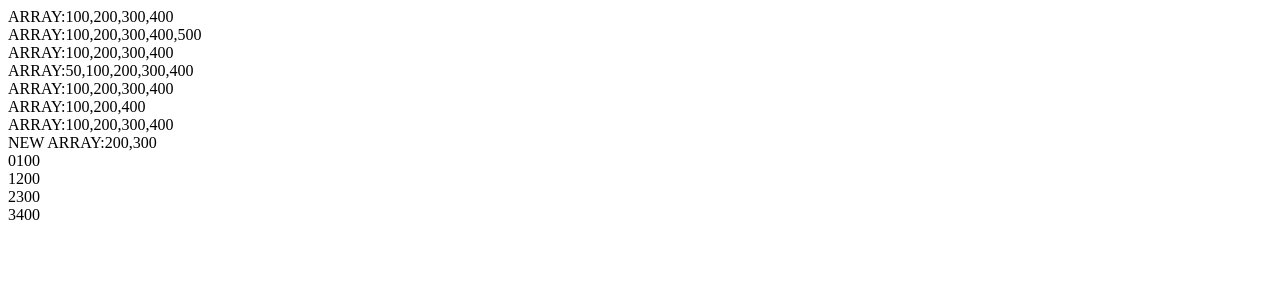
Repository: arindamslt/JEECoding
Page: JEE_FRONTEND/src/main/webapp/03JavaScriptArray.html
These files come from the project's save history. The page is drawn as it stood at one moment and after the next save; the edit follows.
The browser window is 1280 px wide. The pictures show the whole page.

Above is the page before, as saved 2025-07-17 06:10:43.

After the next save:
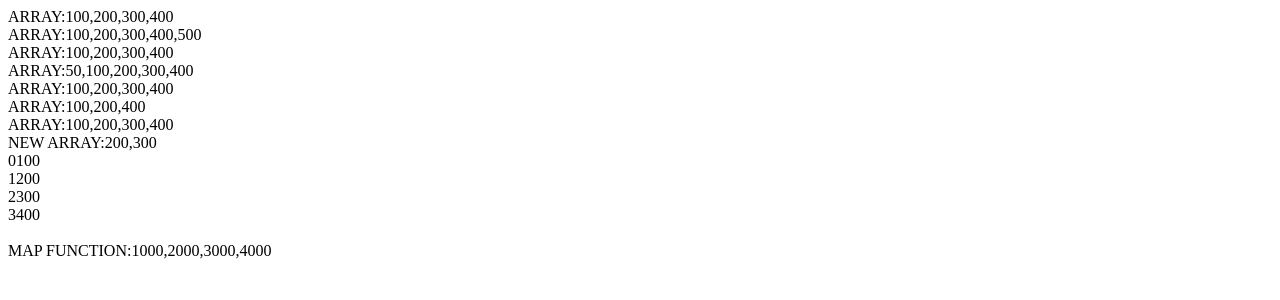
Saved 28 s later.
--- a/JEE_FRONTEND/src/main/webapp/03JavaScriptArray.html
+++ b/JEE_FRONTEND/src/main/webapp/03JavaScriptArray.html
@@ -41,7 +41,7 @@
 	var newarray2=arr.map(function(element,index){
 		return element*10;
 	})
-
+	document.write("MAP FUNCTION:"+newarray2);
 </script>
 </head>
 <body>
